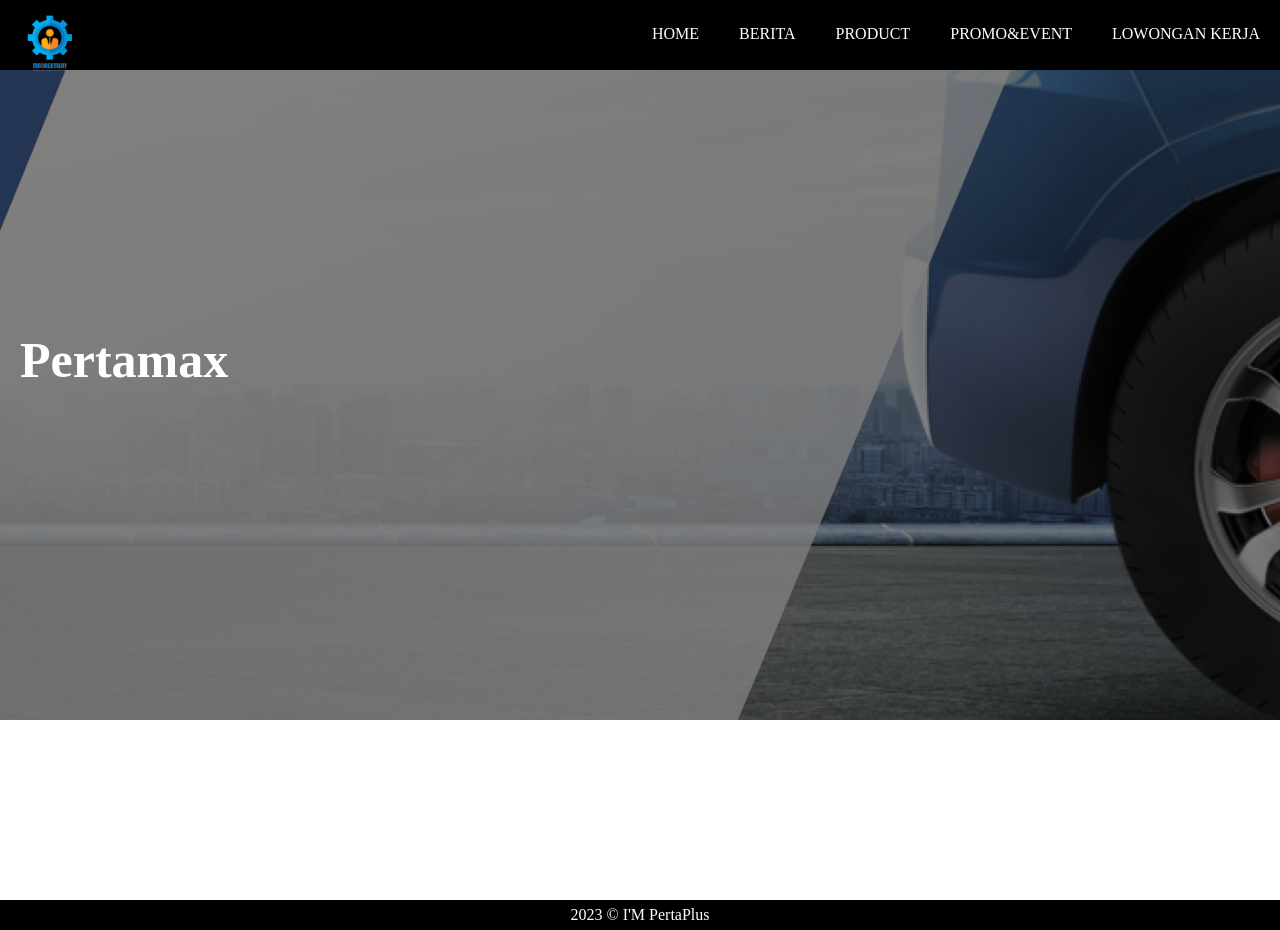
Repository: rizalardi34/project-mypertaplus
Page: pertamax.html
The author's editor kept a copy of each file at every save. The page is drawn from the files as they stood at one save, then again after a run of saves.
The browser window is 1280 px wide. The pictures show the whole page.

Above is the page before, as saved 2023-04-25 13:06:24.

After the next 2 saves:
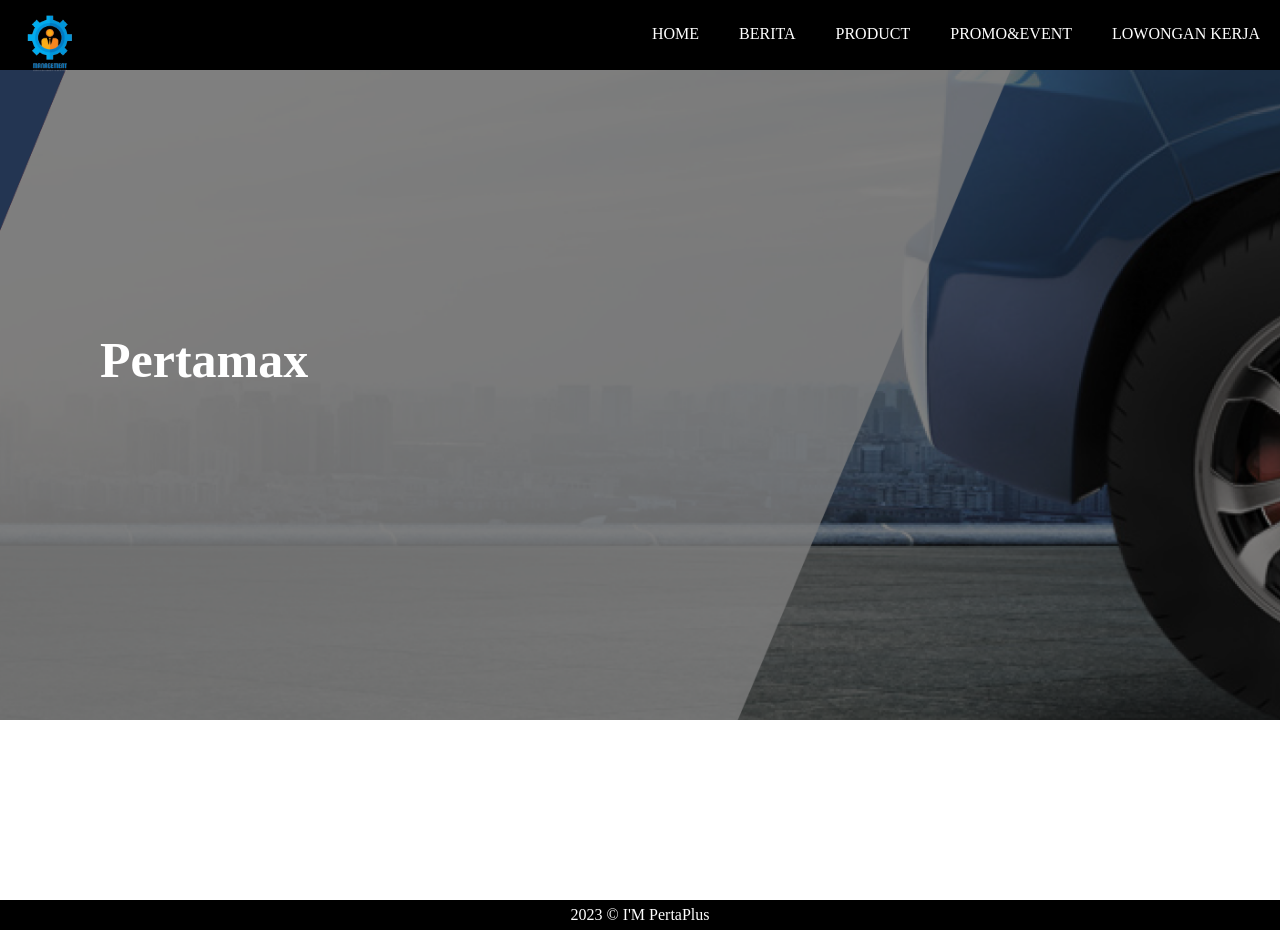
The 2 saves are shown as one change because they came seconds apart.
The last was saved 9 s later.
--- a/pertamax.html
+++ b/pertamax.html
@@ -19,7 +19,7 @@
                 </nav>
             </div>
             <div style="background-image: url(Main.png); background-repeat: no-repeat; background-size: cover; height: 100%;width: 100%; display: flex; justify-content: center; align-items: center;">
-                <div style="background-color:rgb(0, 0, 0,0.5); height: 100%; width: 100%; display: flex; justify-content: start; align-items: center; padding-left: 20px;">
+                <div style="background-color:rgb(0, 0, 0,0.5); height: 100%; width: 100%; display: flex; justify-content: start; align-items: center; padding-left: 100px;">
                     <h1 style=" color: white; font-size: 50px; ">Pertamax</h1>
                 </div>
             </div>
